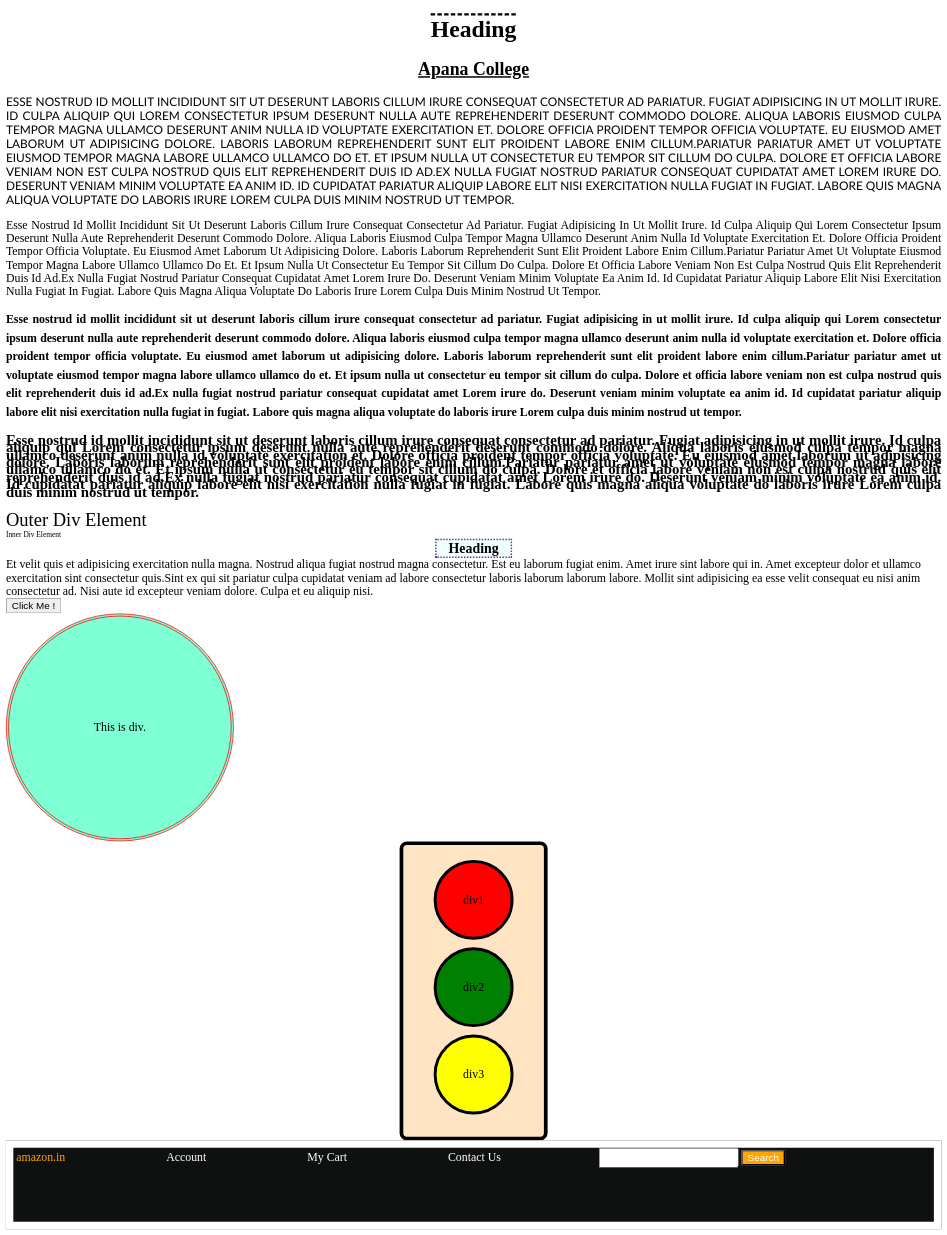
Repository: rakeshkolpepatil/CSS_Apana_College
Page: index.html
These files come from the project's save history. The page is drawn as it stood at one moment and after the next save; the edit follows.
The browser window is 1280 px wide. The pictures show the whole page, at 74% of full size.

Above is the page before, as saved 2023-06-22 21:58:23.

### index.html
<!DOCTYPE html>
<html lang="en">
<head>
  <meta charset="UTF-8">
  <meta name="viewport" content="width=device-width, initial-scale=1.0">
  <title>Document</title>
  <link rel="stylesheet" href="styleTwo.css">
</head>
<body>
  <h1> Heading </h1>
  <h2> Apana College </h2>
  <p id="pOne">Esse nostrud id mollit incididunt sit ut deserunt laboris cillum irure consequat consectetur ad pariatur. Fugiat adipisicing in ut mollit irure. Id culpa aliquip qui Lorem consectetur ipsum deserunt nulla aute reprehenderit deserunt commodo dolore. Aliqua laboris eiusmod culpa tempor magna ullamco deserunt anim nulla id voluptate exercitation et. Dolore officia proident tempor officia voluptate. Eu eiusmod amet laborum ut adipisicing dolore. Laboris laborum reprehenderit sunt elit proident labore enim cillum.Pariatur pariatur amet ut voluptate eiusmod tempor magna labore ullamco ullamco do et. Et ipsum nulla ut consectetur eu tempor sit cillum do culpa. Dolore et officia labore veniam non est culpa nostrud quis elit reprehenderit duis id ad.Ex nulla fugiat nostrud pariatur consequat cupidatat amet Lorem irure do. Deserunt veniam minim voluptate ea anim id. Id cupidatat pariatur aliquip labore elit nisi exercitation nulla fugiat in fugiat. Labore quis magna aliqua voluptate do laboris irure Lorem culpa duis minim nostrud ut tempor.
  </p>
  <p id="pTwo">Esse nostrud id mollit incididunt sit ut deserunt laboris cillum irure consequat consectetur ad pariatur. Fugiat adipisicing in ut mollit irure. Id culpa aliquip qui Lorem consectetur ipsum deserunt nulla aute reprehenderit deserunt commodo dolore. Aliqua laboris eiusmod culpa tempor magna ullamco deserunt anim nulla id voluptate exercitation et. Dolore officia proident tempor officia voluptate. Eu eiusmod amet laborum ut adipisicing dolore. Laboris laborum reprehenderit sunt elit proident labore enim cillum.Pariatur pariatur amet ut voluptate eiusmod tempor magna labore ullamco ullamco do et. Et ipsum nulla ut consectetur eu tempor sit cillum do culpa. Dolore et officia labore veniam non est culpa nostrud quis elit reprehenderit duis id ad.Ex nulla fugiat nostrud pariatur consequat cupidatat amet Lorem irure do. Deserunt veniam minim voluptate ea anim id. Id cupidatat pariatur aliquip labore elit nisi exercitation nulla fugiat in fugiat. Labore quis magna aliqua voluptate do laboris irure Lorem culpa duis minim nostrud ut tempor.
  </p>
  <p id="pThree">Esse nostrud id mollit incididunt sit ut deserunt laboris cillum irure consequat consectetur ad pariatur. Fugiat adipisicing in ut mollit irure. Id culpa aliquip qui Lorem consectetur ipsum deserunt nulla aute reprehenderit deserunt commodo dolore. Aliqua laboris eiusmod culpa tempor magna ullamco deserunt anim nulla id voluptate exercitation et. Dolore officia proident tempor officia voluptate. Eu eiusmod amet laborum ut adipisicing dolore. Laboris laborum reprehenderit sunt elit proident labore enim cillum.Pariatur pariatur amet ut voluptate eiusmod tempor magna labore ullamco ullamco do et. Et ipsum nulla ut consectetur eu tempor sit cillum do culpa. Dolore et officia labore veniam non est culpa nostrud quis elit reprehenderit duis id ad.Ex nulla fugiat nostrud pariatur consequat cupidatat amet Lorem irure do. Deserunt veniam minim voluptate ea anim id. Id cupidatat pariatur aliquip labore elit nisi exercitation nulla fugiat in fugiat. Labore quis magna aliqua voluptate do laboris irure Lorem culpa duis minim nostrud ut tempor.
  </p>
  <p id="pFour">Esse nostrud id mollit incididunt sit ut deserunt laboris cillum irure consequat consectetur ad pariatur. Fugiat adipisicing in ut mollit irure. Id culpa aliquip qui Lorem consectetur ipsum deserunt nulla aute reprehenderit deserunt commodo dolore. Aliqua laboris eiusmod culpa tempor magna ullamco deserunt anim nulla id voluptate exercitation et. Dolore officia proident tempor officia voluptate. Eu eiusmod amet laborum ut adipisicing dolore. Laboris laborum reprehenderit sunt elit proident labore enim cillum.Pariatur pariatur amet ut voluptate eiusmod tempor magna labore ullamco ullamco do et. Et ipsum nulla ut consectetur eu tempor sit cillum do culpa. Dolore et officia labore veniam non est culpa nostrud quis elit reprehenderit duis id ad.Ex nulla fugiat nostrud pariatur consequat cupidatat amet Lorem irure do. Deserunt veniam minim voluptate ea anim id. Id cupidatat pariatur aliquip labore elit nisi exercitation nulla fugiat in fugiat. Labore quis magna aliqua voluptate do laboris irure Lorem culpa duis minim nostrud ut tempor.
  </p>

  <div id="outer">
    Outer Div Element
    <div id="inner">
      Inner Div Element
    </div>
  </div>

  <h3> Heading </h3>
  <div>
    Et velit quis et adipisicing exercitation nulla magna. Nostrud aliqua fugiat nostrud magna consectetur. Est eu laborum fugiat enim. Amet irure sint labore qui in. Amet excepteur dolor et ullamco exercitation sint consectetur quis.Sint ex qui sit pariatur culpa cupidatat veniam ad labore consectetur laboris laborum laborum labore. Mollit sint adipisicing ea esse velit consequat eu nisi anim consectetur ad. Nisi aute id excepteur veniam dolore. Culpa et eu aliquip nisi.
  </div>
  <button> Click Me ! </button>
  <div id="div4"> This is div. </div>

  <div style="background-color: bisque; width: 150px; margin: auto; padding: 20px; border: 5px solid black; border-radius:10px" >
    <div class="div5"> div1 </div>
    <div class="div5" style="background-color: green;"> div2 </div>
    <div class="div5" style="background-color: yellow;"> div3 </div>
  </div>

  <div id="div6" >
    <div style="display:inline-block; margin-right: 10%; color: orange; padding: 4px;" >amazon.in</div>
    <div style="display:inline-block; margin-right: 10%; color: white; padding: 4px;">Account</div>
    <div style="display:inline-block; margin-right: 10%; color: white; padding: 4px;">My Cart</div>
    <div style="display:inline-block; margin-right: 10%; color: white; padding: 4px;">Contact Us</div>
    <input style="display:inline-block;  color: white; padding: 4px;"> </input>
    <button style="background-color: orange; color:white"> Search</button>
  </div>
</body>
</html>

### styleTwo.css
h1{
  text-align: center;
  text-decoration:  dotted underline  ;
  text-decoration:  dashed overline  ;
}

h2{
  text-align: center;
  text-transform: capitalize;
  text-decoration: underline;
}

#pOne{
  text-align: justify;
  text-transform: uppercase;
  font-weight: 100;
  font-family: 'Gill Sans', 'Gill Sans MT', Calibri, 'Trebuchet MS', sans-serif;
}

#pTwo{
  text-transform: capitalize;
  text-align: justify;
  font-weight: 300;
}

#pThree{
  text-align: justify;
  line-height: 25px;
  font-weight: 600;
}

#pFour{
  text-align: justify;
  font-size: 20px;
  line-height: 10px;
  font-weight: 900;
}

#outer{
  font-size: 25px;
}

#inner{
  font-size: 10px;
}

#div4{
  height: 300px;
  width: 300px;
  background-color:aquamarine;

  /* border-width: 4px;
  border-color: black;
  border-style: dotted; */


  display: flex;
  text-align: center;
  justify-content: center;
  align-items: center;

  /* border: 4px solid red; */
  border: 4px double red;
  /* border-radius: 10px; */
  border-radius: 50% ;
}

h3{
  display: flex;
  justify-content: center;
  align-items:center;
  margin-left: 50%;
  /* text-align: center; */
  border: 2px dotted rebeccapurple;
  width: 100px;
  margin: auto;
  background-color:azure;
}

.div5{
  width: 100px;
  height: 100px;
  background-color:red;
  margin: auto;
  margin-bottom: 10px;
  display: flex;
  justify-content: center;
  align-items:center;
  border: 4px solid black;
  border-radius: 50%
}

#div6{
  height: 100px;
  border: 10px solid white;
  background-color:#0f1111;
}

After the next save:
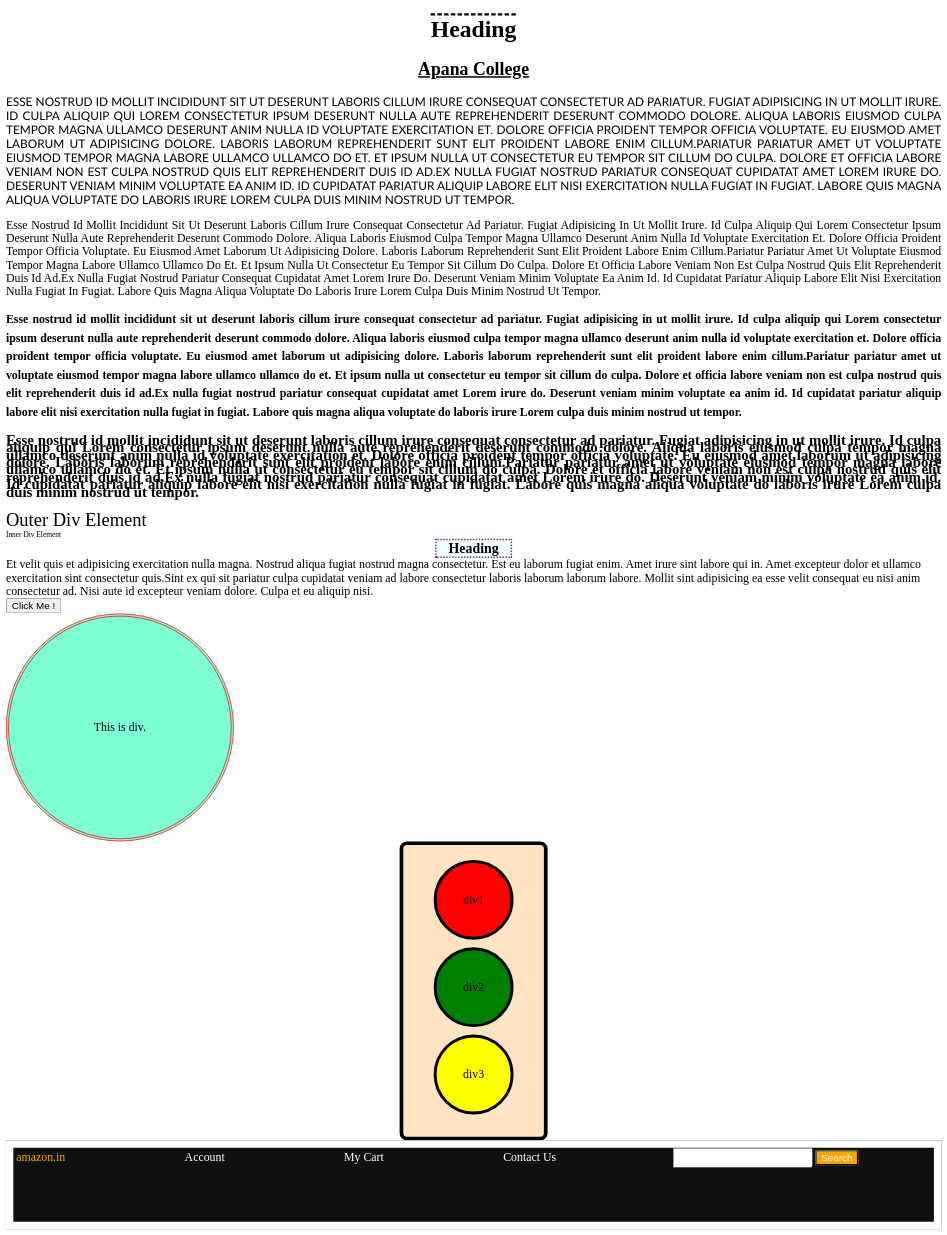
Saved 6 s later.
--- a/index.html
+++ b/index.html
@@ -39,10 +39,10 @@
   </div>
 
   <div id="div6" >
-    <div style="display:inline-block; margin-right: 10%; color: orange; padding: 4px;" >amazon.in</div>
-    <div style="display:inline-block; margin-right: 10%; color: white; padding: 4px;">Account</div>
-    <div style="display:inline-block; margin-right: 10%; color: white; padding: 4px;">My Cart</div>
-    <div style="display:inline-block; margin-right: 10%; color: white; padding: 4px;">Contact Us</div>
+    <div style="display:inline-block; margin-right: 12%; color: orange; padding: 4px;" >amazon.in</div>
+    <div style="display:inline-block; margin-right: 12%; color: white; padding: 4px;">Account</div>
+    <div style="display:inline-block; margin-right: 12%; color: white; padding: 4px;">My Cart</div>
+    <div style="display:inline-block; margin-right: 12%; color: white; padding: 4px;">Contact Us</div>
     <input style="display:inline-block;  color: white; padding: 4px;"> </input>
     <button style="background-color: orange; color:white"> Search</button>
   </div>
